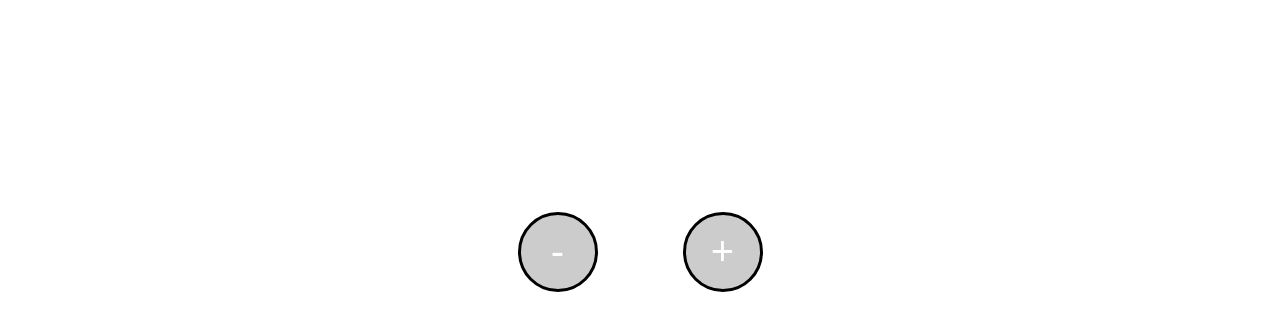
Repository: zRush1202/LoginPage-demo
Page: dom/exercise/counter.html
These files come from the project's save history. The page is drawn as it stood at one moment and after the next save; the edit follows.
The browser window is 1280 px wide. The pictures show the whole page.

Above is the page before, as saved 2023-09-16 21:31:44.

### dom/exercise/counter.html
<!DOCTYPE html>
<html lang="en">
<head>
    <meta charset="UTF-8">
    <meta name="viewport" content="width=device-width, initial-scale=1.0">
    <title>Counter</title>
    <link rel="stylesheet" href="counter.css">
</head>
<body>
    <div class="box">
        <button class="des">-</button>
        <span class="num">0</span>
        <button class="ins">+</button>
    </div>
    <script src="counter.js"></script>
</body>
</html>

### dom/exercise/counter.css
* {
    margin: 0;
    padding: 0;
}

.box {
    display: flex;
    justify-content: center;
    align-items: center;
    text-align: center;
    position: relative;
    top: 200px;
}

.num {
    text-align: center;
    font-size: 90px;
    margin-left: 20px;
    margin-right: 20px;
    color: transparent;
    background-clip: text;
    -webkit-background-clip: text;
    background-image: linear-gradient(left to right,  blue,  violet);
}

.des, .ins{
    height: 80px;
    width: 80px;
    font-size: 40px;
    border-radius: 40px;
    background-color: rgb(0, 0, 0, 0.2);
    color: white;
    border: 3px solid black;

}

.des:hover, .ins:hover {
    background-color: cyan;
    color: white;
}

### dom/exercise/counter.js
const ins = document.querySelector(".ins");
const des = document.querySelector(".des");
let num = document.querySelector(".num");

function increase(){
    let n = Number(num.textContent);
    n += 1;
    num.textContent = n;
}

function descrease(){
    let n = Number(num.textContent);
    n -= 1;
    num.textContent = n;
}

ins.addEventListener('click', increase);
des.addEventListener('click', descrease);

After the next save:
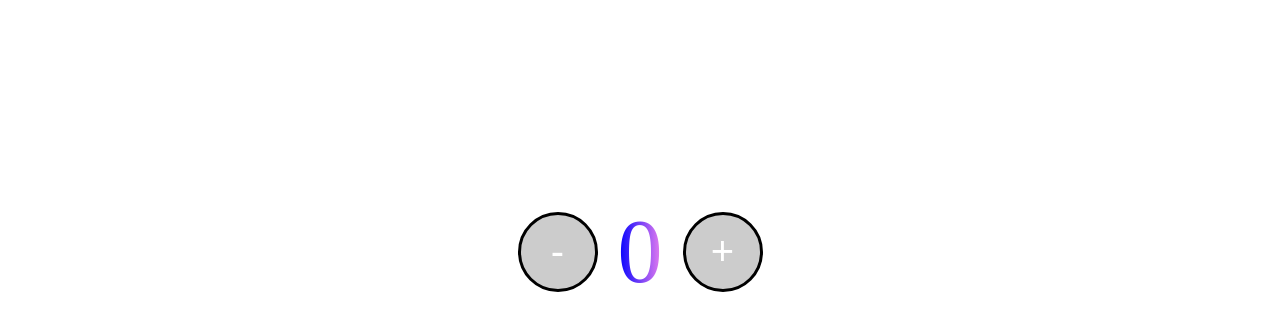
Saved 4 min 19 s later.
--- a/dom/exercise/counter.css
+++ b/dom/exercise/counter.css
@@ -20,7 +20,7 @@
     color: transparent;
     background-clip: text;
     -webkit-background-clip: text;
-    background-image: linear-gradient(left to right,  blue,  violet);
+    background-image: linear-gradient(to right,  blue,  violet);
 }
 
 .des, .ins{
